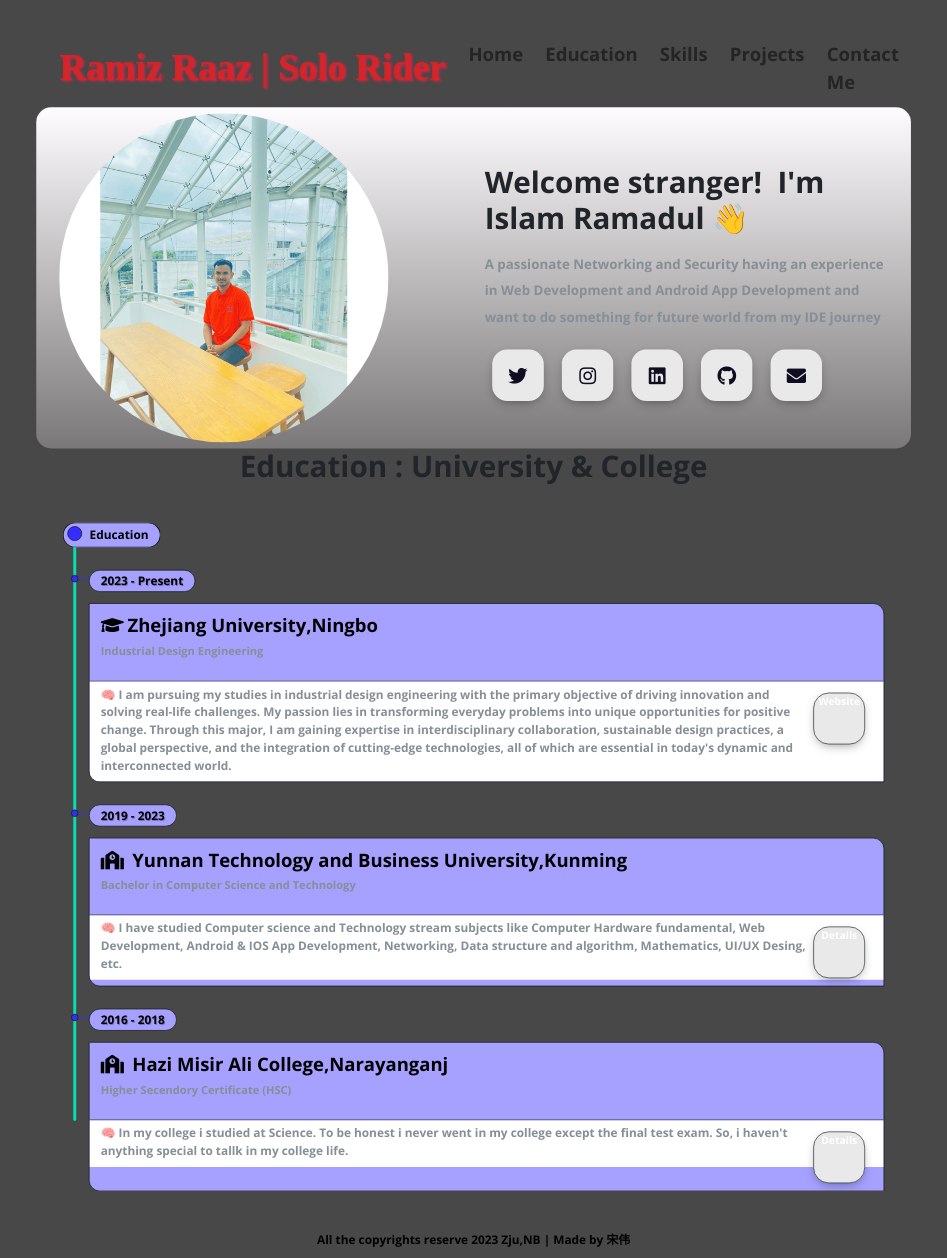
Repository: ramizraaz/ZjuProtfolio
Page: index.html
An editor plug-in stored every save of this project. The page is shown before and after the next save, followed by the edit.
The browser window is 1280 px wide. The pictures show the whole page, at 74% of full size.
Some web fonts or font styles are not loaded; a fallback is used. Some web libraries are served in a nearby version.

Above is the page before, as saved 2023-10-08 18:42:24.

### index.html
<!DOCTYPE html>
<html lang="en" dir="ltr">

<head>
    <meta charset="utf-8">
    <meta name="viewport" content="width=device-width,initial-scale=1">
    <title>宋伟's Profile | Personal website</title>
    <link rel="icon" href="Image/RR.png">
    <link rel="stylesheet" href="https://stackpath.bootstrapcdn.com/bootstrap/4.5.0/css/bootstrap.min.css" integrity="sha384-9aIt2nRpC12Uk9gS9baDl411NQApFmC26EwAOH8WgZl5MYYxFfc+NcPb1dKGj7Sk" crossorigin="anonymous">
    <link rel="stylesheet" href="style.css">
    <link href="https://fonts.googleapis.com/css2?family=Arizonia&family=Montserrat:wght@400;800&display=swap" rel="stylesheet">
    <link href="https://fonts.googleapis.com/css2?family=Open+Sans:wght@700&display=swap" rel="stylesheet">
    <link rel="stylesheet" href="https://use.fontawesome.com/releases/v5.4.1/css/all.css" />
    <link rel="stylesheet" href="https://cdnjs.cloudflare.com/ajax/libs/font-awesome/5.13.1/css/all.min.css">
    <script src="https://code.jquery.com/jquery-3.5.1.slim.min.js" integrity="sha384-DfXdz2htPH0lsSSs5nCTpuj/zy4C+OGpamoFVy38MVBnE+IbbVYUew+OrCXaRkfj" crossorigin="anonymous"></script>
    <script src="https://cdn.jsdelivr.net/npm/popper.js@1.16.0/dist/umd/popper.min.js" integrity="sha384-Q6E9RHvbIyZFJoft+2mJbHaEWldlvI9IOYy5n3zV9zzTtmI3UksdQRVvoxMfooAo" crossorigin="anonymous"></script>
    <script src="https://stackpath.bootstrapcdn.com/bootstrap/4.5.0/js/bootstrap.min.js" integrity="sha384-OgVRvuATP1z7JjHLkuOU7Xw704+h835Lr+6QL9UvYjZE3Ipu6Tp75j7Bh/kR0JKI" crossorigin="anonymous"></script>
</head>

<body class="container-fluid body_section">
    <header>
        <nav class="navbar navbar-expand-lg navbar-light ">
            <a class="navbar-brand brand-name" href="#">Ramiz Raaz | Solo Rider</a>
            <button class="navbar-toggler" type="button" data-toggle="collapse" data-target="#navbarSupportedContent" aria-controls="navbarSupportedContent" aria-expanded="false" aria-label="Toggle navigation">
                  <span class="navbar-toggler-icon"></span>
                </button>
            <div class="collapse navbar-collapse" id="navbarSupportedContent">
                <ul class="navbar-nav ml-auto">
                    <li class="nav-item">
                        <a class="nav-link headerachor" href="index.html">Home</a>
                    </li>

                    <li class="nav-item">
                        <a class="nav-link headerachor" href="#Education">Education</a>
                    </li>
                    <li class="nav-item">
                        <a class="nav-link headerachor" href="">Skills</a>
                    </li>
                    <li class="nav-item">
                        <a class="nav-link headerachor" href="">Projects</a>
                    </li>
                    <li class="nav-item">
                        <a class="nav-link headerachor" href="">Contact Me</a>
                    </li>
                </ul>
        </nav>
    </header>
    <!-- Intro Section -->
    <section id="Home">
        <div class="row column1">
            <div class="col-lg-6 col-md-6 first-image">
                <img class="boyimage" src="img/me.gif" alt="">
            </div>
            <div class="col-lg-6 section-1">
                <h1 class="Hello">Welcome stranger!&nbsp&nbspI'm Islam Ramadul <span class="wave">👋</span></h1>
                <p>A passionate Networking and Security having an experience in Web Development and Android App Development and want to do something for future world from my IDE journey</p>
                <div class=social_media_icon>
                    <a class="btn" href="https://twitter.com/ramiz_raaz" target=_blank>
                        <i class="fab fa-twitter"></i>
                    </a>
                    <a class="btn" href="https://www.instagram.com/ramiz_raaz/" target=_blank>
                        <i class="fab fa-instagram"></i>
                    </a>
                    <a class="btn" href="https://www.linkedin.com/" target=_blank>
                        <i class="fab fa-linkedin" aria-hidden="true"></i>
                    </a>
                    <a class="btn" href="https://github.com/ramizraaz" target=_blank>
                        <i class="fab fa-github"></i>
                    </a>
                    <a class="btn" href="mailto:romiz.romeo.raaz@gmail.com/" target=_blank>
                        <i class="fa fa-envelope"></i>
                    </a>
                </div>
            </div>
    </section>
    <!-- Education Section -->
    <section id="Education">
        <div class="container">
            <div class="Heading">
                <h1>Education : University & College</h1>
                <br>
            </div>
            <div class="timeline">
                <div class="timeline-month">
                    Education
                </div>
                <div class="timeline-section">
                    <div class="timeline-date">
                        2023 - Present
                    </div>
                    <div class="row">
                        <div class="col-lg">
                            <div class="timeline-box">
                                <div class="box-title">
                                    <i class="fas fa-graduation-cap" aria-hidden="true"></i>Zhejiang University,Ningbo
                                    <p class="degree">Industrial Design Engineering</p>
                                </div>
                                <div class="box-content">
                                    <a class="btn btn-sm btn-dark float-right" role="button" href="https://www.zju.edu.cn/english/" target=_blank style="color: white;">Website</a>
                                    <div class="box-item">🧠 I am pursuing my studies in industrial design engineering with the primary objective of driving innovation and solving real-life challenges. My passion lies in transforming everyday problems into unique opportunities
                                        for positive change. Through this major, I am gaining expertise in interdisciplinary collaboration, sustainable design practices, a global perspective, and the integration of cutting-edge technologies, all of which
                                        are essential in today's dynamic and interconnected world.</div>
                                </div>
                            </div>
                        </div>
                    </div>
                </div>

                <div class="timeline-section">
                    <div class="timeline-date">
                        2019 - 2023
                    </div>
                    <div class="row">
                        <div class="col-lg">
                            <div class="timeline-box">
                                <div class="box-title">
                                    <i class="fas fa-school" aria-hidden="true"></i> Yunnan Technology and Business University,Kunming
                                    <p class="degree">Bachelor in Computer Science and Technology</p>
                                </div>
                                <div class="box-content">
                                    <a class="btn btn-sm btn-dark float-right" role="button" style="color: white;">Details</a>
                                    <div class="box-item">🧠 I have studied Computer science and Technology stream subjects like Computer Hardware fundamental, Web Development, Android & IOS App Development, Networking, Data structure and algorithm, Mathematics, UI/UX Desing,
                                        etc.
                                    </div>

                                </div>
                            </div>
                        </div>
                    </div>
                </div>

                <div class="timeline-section">
                    <div class="timeline-date">
                        2016 - 2018
                    </div>
                    <div class="row">
                        <div class="col-lg">
                            <div class="timeline-box">
                                <div class="box-title">
                                    <i class="fas fa-school" aria-hidden="true"></i> Hazi Misir Ali College,Narayanganj
                                    <p class="degree"> Higher Secendory Certificate (HSC)</p>
                                </div>
                                <div class="box-content">
                                    <a class="btn btn-sm btn-dark float-right" role="button" style="color: white;">Details</a>
                                    <div class="box-item">🧠 In my college i studied at Science. To be honest i never went in my college except the final test exam. So, i haven't anything special to tallk in my college life.</div>
                                    <div class="box-item"><b>

                                </div>
                            </div>
                        </div>
                    </div>
                </div>
            </div>
        </div>
    </section>

    </form>
    <footer class=footer>All the copyrights reserve 2023 Zju,NB | Made by 宋伟</footer>
</body>

</html>

### style.css
body {
    font-family: 'Open Sans', sans-serif;
    margin: 0;
    background: #b1adad;
    animation: pulse 10s infinite;
}

@keyframes pulse {
    0% {
        background: #F2F2F2;
    }
    10% {
        background: #FFFFFF;
    }
    20% {
        background: #d6d6d6e2;
        ;
    }
    30% {
        background: #acacacd8;
    }
    40% {
        background: #6b6b6bcf;
    }
    50% {
        background: #484848;
    }
    60% {
        background: #292929c8;
    }
    70% {
        background: #2f2e2ebc;
    }
    80% {
        background: #242424bb;
    }
    90% {
        background: #1e1e1ef7;
    }
    100% {
        background: #a6a6a6;
    }
}

.body_section {
    padding: 3% 5% 1%;
}

p {
    font-size: 18px;
}

a {
    text-decoration: none;
}

@font-face {
    font-family: "Lovely Home";
    src: local('Lovely Home'), url("Image/LovelyHome-9aBZ.ttf") format('truetype');
}

.brand-name,
.navbar-light .navbar-brand {
    font-family: "Lovely Home";
    font-size: 50px;
    font-weight: bold;
    color: #d72525e4;
    text-shadow: 2px 2px 4px #e71f4a;
}

.headerachor {
    margin: 0 7px 0 7px;
    border-radius: 15px;
    font-size: 25px;
}

.headerachor:hover {
    background-color: #ffffff82;
}


/* Section 1 */

.column1 {
    background-image: linear-gradient(#fefcfe, #7a7878);
    padding: 8px 16px;
    border-radius: 20px;
}

.section-1 {
    margin-top: 6%;
    text-align: left;
    position: relative;
}

span.wave {
    animation-name: wave-animation;
    animation-duration: 2.5s;
    animation-iteration-count: infinite;
    transform-origin: 70% 70%;
    display: inline-block;
}

@keyframes wave-animation {
    0% {
        transform: rotate( 0.0deg)
    }
    10% {
        transform: rotate(-10.0deg)
    }
    20% {
        transform: rotate( 12.0deg)
    }
    30% {
        transform: rotate(-10.0deg)
    }
    40% {
        transform: rotate( 9.0deg)
    }
    50% {
        transform: rotate( 0.0deg)
    }
    100% {
        transform: rotate( 0.0deg)
    }
}

.boyimage {
    height: 445px;
    border-radius: 50%;
}

@media only screen and (max-width: 1183px) {
    .first-image {
        right: 160px;
    }
}

.Image-boy {
    text-align: center;
    align-items: center;
}

@media only screen and (min-width:951px) {
    .Image-boy {
        display: none;
    }
}

.Hello {
    margin-bottom: 20px;
}

p {
    line-height: 2;
    color: #868e96;
}

.btn {
    display: inline-block;
    width: 4.37rem;
    height: 4.37rem;
    background: #e9e9e9;
    padding: 0px 0px;
    margin: 10px;
    border-radius: 30%;
    box-shadow: 0 5px 15px -5px #00000070;
    color: #0f0d20;
    overflow: hidden;
    position: relative;
}

.btn i {
    line-height: 70px;
    font-size: 1.625rem;
    transition: 0.2s linear;
}

.btn:hover i {
    transform: scale(1.3);
    color: #f1f1f1;
}

.btn::before {
    content: "";
    position: absolute;
    width: 120%;
    height: 120%;
    background: #46088d;
    transform: rotate(45deg);
    left: -110%;
    top: 90%;
}

.btn:hover::before {
    animation: aaa 0.7s 1;
    top: -10%;
    left: -10%;
}

@media only screen and (max-width:470px) {
    .btn {
        width: 2.5rem;
        height: 2.5rem;
        margin: 7px;
    }
    .btn i {
        line-height: 40px;
        font-size: 1em;
    }
}


/* Education CSS */

.Heading {
    text-align: center;
}

.timeline {
    margin-top: 20px;
    position: relative;
}

.timeline:before {
    position: absolute;
    content: '';
    width: 4px;
    height: calc(100% - 100px);
    background: #08ddaf;
    left: 14px;
    top: 5px;
    border-radius: 4px;
}

.timeline-month {
    color: black;
    position: relative;
    padding: 4px 15px 4px 35px;
    background-color: #a6a1ff;
    display: inline-block;
    width: auto;
    border-radius: 40px;
    border: 1px solid #17191B;
    border-right-color: black;
    margin-bottom: 30px;
}

.timeline-month span {
    position: absolute;
    top: -1px;
    left: calc(100% - 100px);
    z-index: -1;
    white-space: nowrap;
    display: inline-block;
    background-color: #111;
    padding: 4px 10px 4px 20px;
    border-top-right-radius: 40px;
    border-bottom-right-radius: 40px;
    border: 1px solid black;
    box-sizing: border-box;
}

.timeline-month:before {
    position: absolute;
    content: '';
    width: 20px;
    height: 20px;
    background: #362CFF;
    border-radius: 100%;
    border: 1px solid #17191B;
    left: 5px;
}

.timeline-section {
    padding-left: 35px;
    display: block;
    position: relative;
    margin-bottom: 30px;
}

.timeline-date {
    margin-bottom: 15px;
    padding: 2px 15px;
    background: #a6a1ff;
    position: relative;
    display: inline-block;
    border-radius: 20px;
    border: 1px solid #17191B;
    color: black;
    text-shadow: 1px 1px 1px rgba(0, 0, 0, 0.3);
}

.timeline-section:before {
    content: '';
    position: absolute;
    width: 30px;
    height: 1px;
    background-color: #362CFF;
    top: 12px;
    left: 20px;
}

.timeline-section:after {
    content: '';
    position: absolute;
    width: 10px;
    height: 10px;
    background: #362CFF;
    top: 7px;
    left: 11px;
    border: 1px solid #17191B;
    border-radius: 100%;
}

.timeline-box {
    position: relative;
    color: black;
    background-color: #a6a1ff;
    border-radius: 15px;
    border-top-left-radius: 0px;
    border-bottom-right-radius: 0px;
    border: 1px solid #17191B;
    transition: all 0.3s ease;
    overflow: hidden;
}

.box-icon {
    position: absolute;
    right: 5px;
    top: 0px;
}

.box-title {
    padding: 10px 15px;
    font-size: 25px;
    border-bottom: 1px solid #17191B;
}

.degree {
    font-size: 15px;
}

.box-title i {
    margin-right: 5px;
}

.box-content {
    padding: 5px 15px;
    background-color: white;
}

.box-item {
    margin-bottom: 5px;
    color: #868e96;
    font-weight: 400;
}

.certificate {
    padding-top: 20px;
}

.certificate-text {
    text-align: center;
}

.box-shadow {
    box-shadow: 5px 5px 5px #d9dbdf;
}

footer {
    padding-top: 2%;
    color: #000000;
    text-align: center;
}

After the next save:
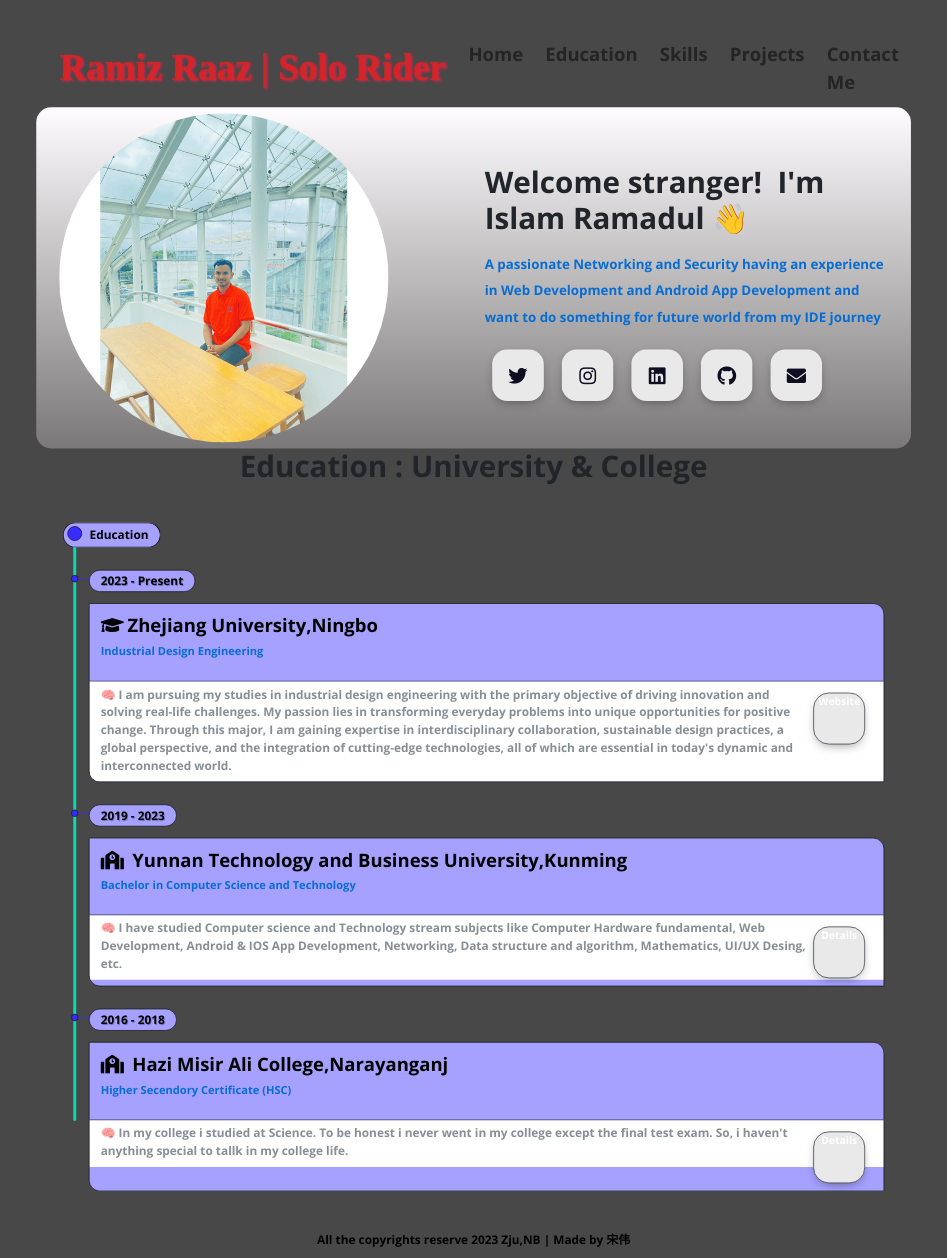
Saved 17 s later.
--- a/style.css
+++ b/style.css
@@ -153,7 +153,7 @@ span.wave {
 
 p {
     line-height: 2;
-    color: #868e96;
+    color: #076dd3;
 }
 
 .btn {
